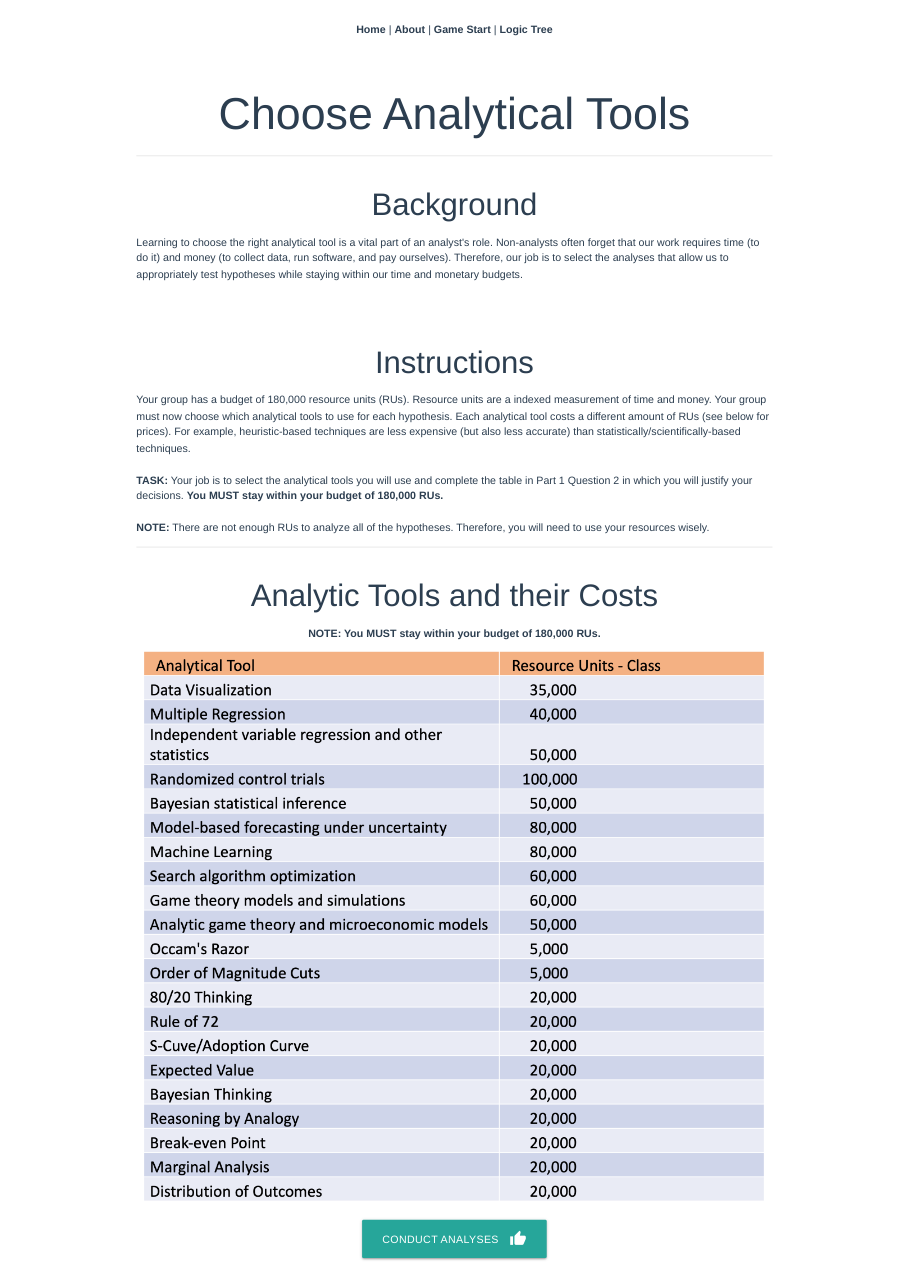
Repository: gallard28/posc4210app
Page: /#/choose_tools
An editor plug-in stored every save of this project. The page is shown before and after the next save, followed by the edit.
The browser window is 1280 px wide. The pictures show the whole page, at 71% of full size.
The project was rebuilt for these pictures with package versions that can differ from the ones it lists, and the page was loaded fresh each time. Also part of the build but not shown: src/views/Home.vue, src/views/Start.vue, src/views/Scenario.vue, src/views/Prioritize.vue.

Above is the page before, as saved 2020-09-20 22:42:08.

After the next save:
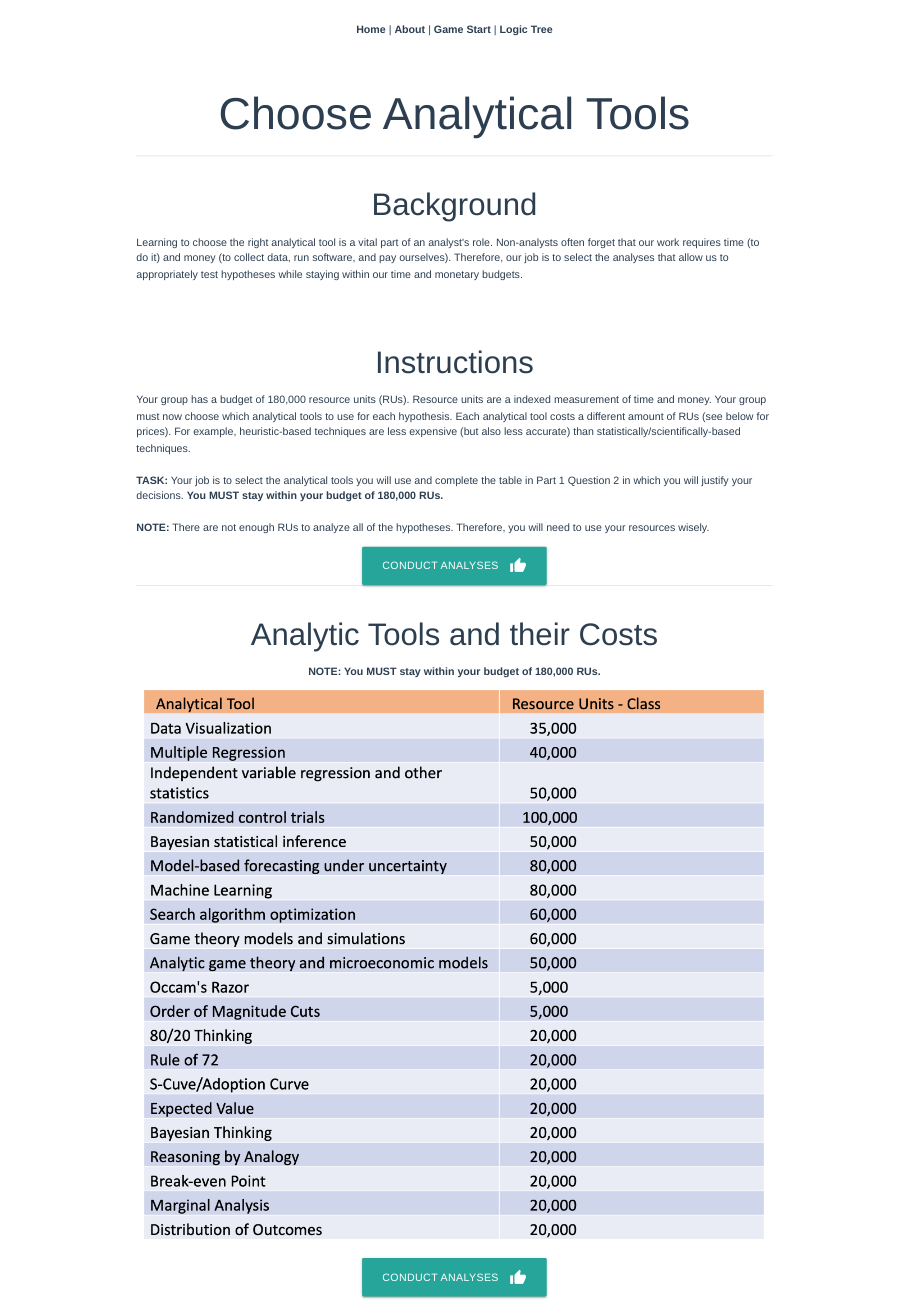
Saved 19 s later.
--- a/src/views/Choose_tools.vue
+++ b/src/views/Choose_tools.vue
@@ -12,6 +12,14 @@
           <p class="left-align">Your group has a budget of 180,000 resource units (RUs). Resource units are a indexed measurement of time and money. Your group must now choose which analytical tools to use for each hypothesis. Each analytical tool costs a different amount of RUs (see below for prices). For example, heuristic-based techniques are less expensive (but also less accurate) than statistically/scientifically-based techniques. <br> <br>
           <b>TASK:</b> Your job is to select the analytical tools you will use and complete the table in Part 1 Question 2 in which you will justify your decisions. <b>You MUST stay within your budget of 180,000 RUs.</b> <br><br>
           <b>NOTE:</b> There are not enough RUs to analyze all of the hypotheses. Therefore, you will need to use your resources wisely.</p>
+            <div class="start-button">
+            <router-link to="/analyses">
+              <a class="waves-effect waves-light btn-large">
+                  Conduct Analyses
+                  <i class="material-icons right">thumb_up</i>
+              </a>
+            </router-link>
+          </div>
           <div class="divider"></div>
           <div class="section">
             <h3>Analytic Tools and their Costs</h3>
